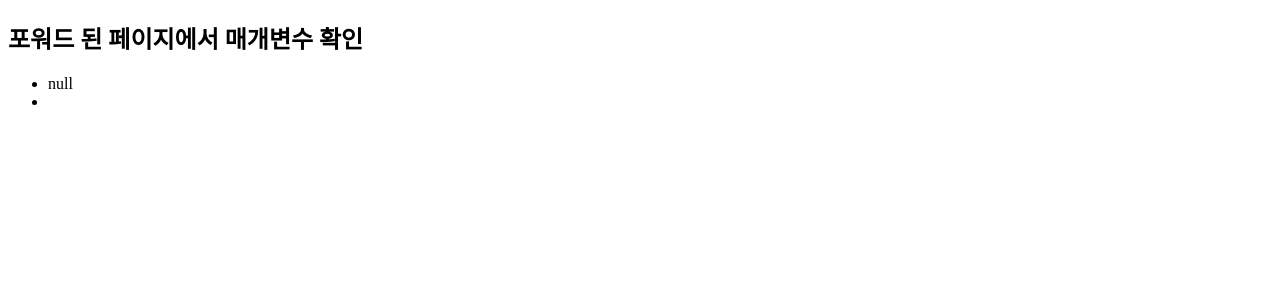
Repository: Motibidu/JSP_Servlet
Page: http://localhost/MushHaveJsp/07ActionTag/ParamForward.jsp
The author's editor kept a copy of each file at every save. The page is drawn from the files as they stood at one save, then again after a run of saves.
The browser window is 1280 px wide. The pictures show the whole page.
The page is served by Tomcat 10. Other server files are loaded and not shown.

Above is the page before, as saved 2025-05-09 00:59:09.

### MushHaveJsp/src/main/webapp/07ActionTag/ParamForward.jsp
<%@ page language="java" contentType="text/html; charset=UTF-8"
    pageEncoding="UTF-8"%>
<!DOCTYPE html>
<html>
<head>
<meta charset="UTF-8">
<title>액션 태그- param</title>
</head>
<body>
	<jsp:useBean id= "person" class="common.Person" scope= "request"/>
	<h2>포워드 된 페이지에서 매개변수 확인</h2>
	<ul>
		<li><jsp:getProperty property="name" name="person"/></li>
		<li></li>
	</ul>
</body>
</html>

### MushHaveJsp/src/main/java/common/Person.java
package common;

public class Person
{
	private String name;
	private int age;


	public Person()	{}

	public Person(String name, int age)
	{
		super();
		this.name = name;
		this.age = age;
	}

	public String getName()
	{
		return name;
	}

	public void setName(String name)
	{
		this.name = name;
	}

	public int getAge()
	{
		return age;
	}

	public void setAge(int age)
	{
		this.age = age;
	}




}

After the next 3 saves:
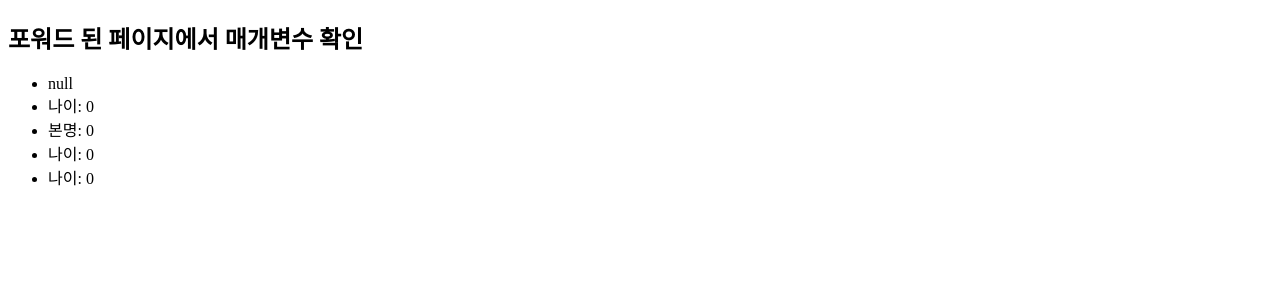
The 3 saves are shown as one change because they came seconds apart.
The last was saved 60 s later.
--- a/MushHaveJsp/src/main/webapp/07ActionTag/ParamForward.jsp
+++ b/MushHaveJsp/src/main/webapp/07ActionTag/ParamForward.jsp
@@ -11,7 +11,10 @@
 	<h2>포워드 된 페이지에서 매개변수 확인</h2>
 	<ul>
 		<li><jsp:getProperty property="name" name="person"/></li>
-		<li></li>
+		<li>나이: <jsp:getProperty name="person" property="age"/></li>
+		<li>본명: <jsp:getProperty name="person" property="age"/></li>
+		<li>나이: <jsp:getProperty name="person" property="age"/></li>
+		<li>나이: <jsp:getProperty name="person" property="age"/></li>
 	</ul>
 </body>
 </html>
